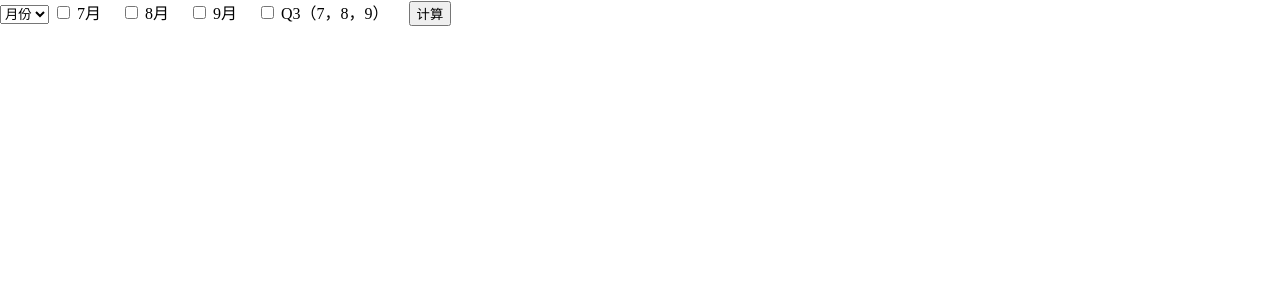
Repository: laiwenfeng/Luosu
Page: app/view/monthdata.html
An editor plug-in stored every save of this project. The page is shown before and after the next save, followed by the edit.
The browser window is 1280 px wide. The pictures show the whole page.

Above is the page before, as saved 2020-10-10 09:38:25.

### app/view/monthdata.html
<!-- app/view/monthdata.html -->
<html>

    <head>
        <title>monthdata.html</title>
        <style>
            html,
            body {
                width: 100%;
                margin: 0%;
                padding: 0%;
            }
        </style>
    </head>
    <script src="../public/js/jQuery/jquery.min.js"></script>

    <body>
        <div>
            <select id="datetype">
                <option value="month">月份</option>
                <option value="season">季度</option>
            </select>
            <input id="month7" name="month" type="checkbox" value="7" />
            <label for="month7">7月</label>&nbsp;&nbsp;&nbsp;&nbsp;
            <input id="month8" name="month" type="checkbox" value="8" />
            <label for="month8">8月</label>&nbsp;&nbsp;&nbsp;&nbsp;
            <input id="month9" name="month" type="checkbox" value="9" />
            <label for="month9">9月</label>&nbsp;&nbsp;&nbsp;&nbsp;
            <input id="season3" name="season" type="checkbox" value="7,8,9" />
            <label for="month9">Q3（7，8，9）</label>&nbsp;&nbsp;&nbsp;&nbsp;
            <button onclick="Monthdata()">计算</button>
        </div>
        <div id="monthdata"></div>
    </body>

</html>
<script type="text/javascript">
    // 封装获取 cookie 的方法
    function getCookie(name) {
        var arr, reg = new RegExp("(^| )" + name + "=([^;]*)(;|$)");
        if (arr = document.cookie.match(reg))
            return unescape(arr[2]);
        else
            return null;
    }

    function Monthdata() {
        let month = []
        $("input[name=month]:checked").each(function () {
            month.push(this.value)
        })

        $.ajax({
            url: '/monthdata/monthdata',
            type: 'get',
            data: { "months": month.join(",") },
            headers: {
                // 前后端不分离的情况加每次打开客户端，egg会直接在客户端的 Cookie 中写入密钥 ，密钥的 Key 就是 'scrfToken' 这个字段，所以直接获取就好了
                'x-csrf-luosu-token': getCookie("csrfToken"),
            },
            dataType: "json",
            success: ShowTimeList
        })
    }


    function ShowTimeList(finaldata){
        let SendData = SendDataInit(finaldata)
        document.getElementById('monthdata').innerHTML = SendData["html"]
    }


    function SendDataInit(grlist) {
        const PersonFilter = ["张思轶", "高进", "褚锦涛", "陈敬波", "蒋超"]

        let deptObj = {
            "前端开发组": "技术开发部",
            "服务开发组": "技术开发部",
            "架构组": "技术开发部",
            "测试组": "运维测试部"
        }

        let tempAry = []
        for (let i in grlist) {
            let { name } = grlist[i]
            if (PersonFilter.indexOf(name) == -1) {
                tempAry.push(grlist[i])
            }
        }

        tempAry.sort(function (a, b) {
            let ace = parseFloat(a["cehstime"]), bce = parseFloat(b["cehstime"])
            if (ace >= bce) {
                return -1
            }
            return 1
        })

        let alltime = 0, jstime = 0, cstime = 0, alltemp = 0, jstemp = 0, cstemp = 0, allrank = 1, jsrank = 1, csrank = 1
        let table = "<table id='tablestyle'>"
            + "<tr class='header'><td><b>责任人</b></td><td><b>核算工时</b></td><td><b>标准工时</b></td><td><b>个人超额工时</b></td><td><b>全体排名(个人)</b></td><td><b>部门排名(个人)</b></td><td><b>备注(个人)</b></td><td><b>超额工时(团队)</b></td><td><b>超额工时(个人+团队)</b></td></tr>"

        for (let i in tempAry) {
            let cehstime = parseFloat(tempAry[i]["cehstime"])
            let bztime = parseFloat(tempAry[i]["bztime"])
            let dept = tempAry[i]["dept"]
            let cepercent = cehstime * 100 / bztime

            if (alltime != cehstime) {
                alltime = cehstime
                allrank += alltemp
                alltemp = 1
            }
            else {
                alltemp++
            }
            if (deptObj[dept] == "技术开发部") {
                if (jstime != cehstime) {
                    jstime = cehstime
                    jsrank += jstemp
                    jstemp = 1
                }
                else {
                    jstemp++
                }
            }
            else if (deptObj[dept] == "运维测试部") {
                if (cstime != cehstime) {
                    cstime = cehstime
                    csrank += cstemp
                    cstemp = 1
                }
                else {
                    cstemp++
                }
            }

            tempAry[i]['rank'] = allrank
            tempAry[i]['deptrank'] = deptObj[dept] == "技术开发部" ? jsrank : csrank

            let remark = ""
            if (cepercent <= -5) {
                remark = "亲爱的小伙伴，你上周的工时未达标，可以联系你的小组长申请额外任务哦！"
            }
            else if (cepercent > -5 && cepercent < 0) {
                remark = "亲爱的小伙伴，你上周的工时未达标，这周还需加油工作才可以拿到奖励哦！"
            }
            else if (cepercent == 0) {
                remark = "亲爱的小伙伴，你上周的工时刚刚好达标，继续努力工作就可以拿到额外奖励哦！"
            }
            else if (cepercent > 0 && cepercent < 5) {
                remark = "亲爱的小伙伴，做得不错！你上周的工时已超额，祝贺你拿到额外奖励，新的一周继续努力吧！"
            }
            else if (cepercent >= 5 && cepercent < 10) {
                remark = "亲爱的小伙伴，做得不错！你上周的工时超额大于等于5%，丰厚的额外奖励在等着你！继续加油！"
            }
            else if (cepercent >= 10 && cepercent < 15) {
                let rankremark = "名列团队辛勤榜前茅"
                if (allrank == 1) {
                    rankremark = "荣登团队辛勤榜榜首"
                }
                remark = "亲爱的小伙伴，你辛苦了！你上周的工时超额大于等于10%，" + rankremark + "，即将收获属于自己的丰厚奖励！继续加油！"
            }
            else if (cepercent >= 15) {
                let rankremark = "名列团队辛勤榜前茅"
                if (allrank == 1) {
                    rankremark = "荣登团队辛勤榜榜首"
                }
                remark = "亲爱的小伙伴，你辛苦了！你上周的工时超额大于等于15%，" + rankremark + "，即将收获属于自己的丰厚奖励！继续加油！"
            }

            tempAry[i]['remark'] = remark

            table += "<tr><td>" + tempAry[i]["name"] + "</td><td>" + tempAry[i]["hstime"] + "</td><td>" + tempAry[i]["bztime"] + "</td><td>" + tempAry[i]["cehstime"]
                + "</td><td>" + tempAry[i]["rank"] + "</td><td>" + tempAry[i]["deptrank"] + "</td><td>" + tempAry[i]["remark"] + "</td><td>" + tempAry[i]["teamtime"]
                + "</td><td>" + tempAry[i]["cehstimetotal"] + "</td></tr>"
        }
        table += "</table>"

        return { "html": table, "grlist": tempAry }
    }
</script>

Loaded but not shown: app/public/js/jQuery/jquery.min.js (library)

After the next save:
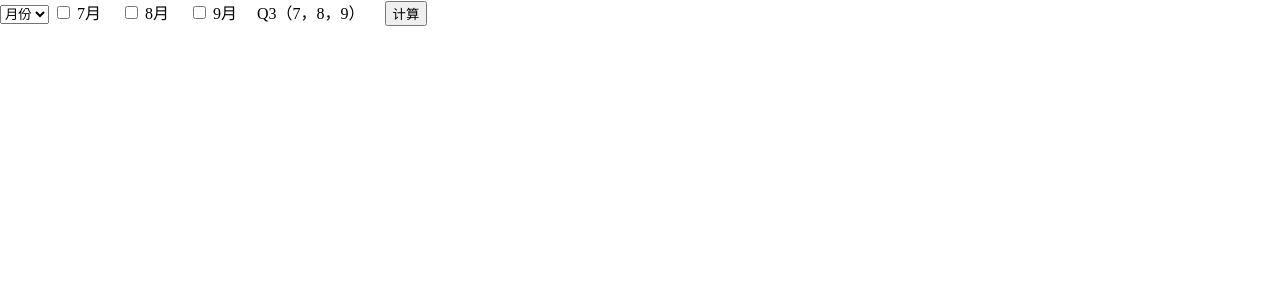
Saved 33 s later.
--- a/app/view/monthdata.html
+++ b/app/view/monthdata.html
@@ -26,7 +26,7 @@
             <label for="month8">8月</label>&nbsp;&nbsp;&nbsp;&nbsp;
             <input id="month9" name="month" type="checkbox" value="9" />
             <label for="month9">9月</label>&nbsp;&nbsp;&nbsp;&nbsp;
-            <input id="season3" name="season" type="checkbox" value="7,8,9" />
+            <input id="season3" name="season" type="checkbox" value="7,8,9" hidden/>
             <label for="month9">Q3（7，8，9）</label>&nbsp;&nbsp;&nbsp;&nbsp;
             <button onclick="Monthdata()">计算</button>
         </div>
